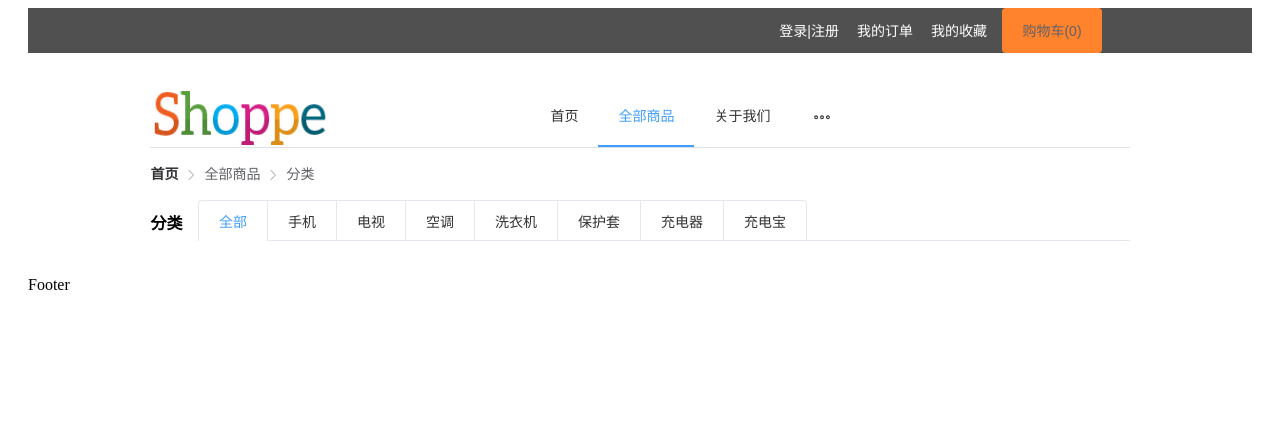
Repository: zhenghaochang/---
Page: /#/allGoods (app in xiaomi/)
An editor plug-in stored every save of this project. The page is shown before and after a run of saves, followed by the edit.
The browser window is 1280 px wide. The pictures show the whole page.
The project was rebuilt for these pictures with package versions that can differ from the ones it lists, and the page was loaded fresh each time. Also part of the build but not shown: xiaomi/vite.config.js.

Above is the page before, as saved 2025-08-01 15:32:57.

### xiaomi/src/main.js
import { createApp } from 'vue';
import ElementPlus from 'element-plus';
import 'element-plus/dist/index.css';
import router from './router/router';
import App from './App.vue';
import * as ElementPlusIconsVue from '@element-plus/icons-vue';
import { createPinia } from 'pinia';
import piniaPluginPersistedstate from 'pinia-plugin-persistedstate'
const app = createApp(App);
const pinia = createPinia();
pinia.use(piniaPluginPersistedstate)
app.use(pinia);
for (const [key, component] of Object.entries(ElementPlusIconsVue)) {
    app.component(key, component);
}
app.use(router);
app.use(ElementPlus);
app.mount('#app');

### xiaomi/src/router/router.js
import {createRouter,createWebHashHistory} from 'vue-router'

let router = createRouter({
    history:createWebHashHistory(),
    routes:[
        {
            path:"/",
            component:()=>import('../components/main.vue'),
            redirect:"/home",
            children:[
                {
                    path:"/home",
                    component:() => import('../view/home.vue')
                },
                {
                    path:"/allGoods",
                    component:() => import('../view/allGoods.vue')
                }
            ]
        }
    ]
})

export default router

### xiaomi/src/App.vue
<script setup>
import Menu from '../src/components/menu.vue'


</script>

<template>
    <div>
        <el-container>
            <el-header class="header"><Menu></Menu></el-header>
            <el-main class="main"><router-view></router-view></el-main>
            <el-footer>Footer</el-footer>
        </el-container>
    </div>
</template>

<style scoped>
.header{
/*     background-color: blue; */
    width:100%
}
/* .main{
    background-color: blue;
    width: 100%;
    display:flex;
    flex-direction: column;
    justify-content: center;
} */
</style>

### xiaomi/src/components/main.vue
<script setup>
import logo from '../assets/img/logo.png'
import { Search } from '@element-plus/icons-vue'
import {useRoute,useRouter} from 'vue-router'

const router = useRouter()
const route = useRoute()

</script>

<template>
    <div class="base_div">
        <!-- 菜单div -->
        <div style="width:80%;margin-bottom:20px">
            <el-menu
                :default-active="route.path"
                class="menu"
                mode="horizontal"
                @select="handleSelect"
                router
            >
                <div>
                    <img style="width:180px;height:60px;margin-right:200px" :src="logo" alt="">
                </div>
                <el-menu-item index="/home">首页</el-menu-item>
                <el-menu-item index="/allGoods">全部商品</el-menu-item>
                <el-menu-item index="/aboutUs">关于我们</el-menu-item>
                <div>
                    <el-input
                        v-model="input3"
                        style="margin-left:200px;width:250px"
                        placeholder="请输入商品名称"
                        class="input-with-select"
                    >
                        <template #append>
                            <el-button :icon="Search" />
                        </template>
                    </el-input>
                </div>
            </el-menu>
        </div>
        <!-- 菜单div END -->
        <!-- 主体div -->
        <div style="width:100%">
            <router-view></router-view>
        </div>
    </div>
</template>

<style scoped>
.base_div{
    width: 100%;
    display:flex;
    flex-direction: column;
    align-items:center;
}
.menu{
    display:flex;
    align-items: center;
}
</style>

### xiaomi/src/view/allGoods.vue
<script setup>
import { ArrowRight } from '@element-plus/icons-vue'
import {ref} from 'vue'


const activeName = ref('0')

</script>

<template>
    <div class="base_div">
        <!-- 面包屑 -->
        <div style="width:80%">
            <el-breadcrumb :separator-icon="ArrowRight">
                <el-breadcrumb-item :to="{ path: '/home' }">首页</el-breadcrumb-item>
                <el-breadcrumb-item>全部商品</el-breadcrumb-item>
                <el-breadcrumb-item>分类</el-breadcrumb-item>
            </el-breadcrumb>
        </div>
        <!-- 面包屑END -->
        <br>
        <!-- 分类标签 -->
        <div style="width:80%;display:flex;">
            <div style="width:50px;height:6vh;display:flex;align-items:center;font-weight:700;">分类</div>
            <el-tabs
                v-model="activeName"
                type="card"
                style="width:100%;display:flex"
                @tab-change="handleClick"
            >
                <el-tab-pane label="全部" name="0"></el-tab-pane>
                <el-tab-pane label="手机" name="1"></el-tab-pane>
                <el-tab-pane label="电视" name="2"></el-tab-pane>
                <el-tab-pane label="空调" name="3"></el-tab-pane>
                <el-tab-pane label="洗衣机" name="4"></el-tab-pane>
                <el-tab-pane label="保护套" name="5"></el-tab-pane>
                <el-tab-pane label="充电器" name="6"></el-tab-pane>
                <el-tab-pane label="充电宝" name="7"></el-tab-pane>
            </el-tabs>
        </div>
        <!-- 分类标签END -->
        <!-- 主体部分 -->
        <div class="main_div">
            <div class="card_div">

            </div>
        </div>
        <!-- 主体部分END -->
    </div>
</template>

<style scoped>
.base_div{
    width: 100%;
    display: flex;
    justify-content: center;

}
.main_div{
    background-color: rgb(245,245,245);
    width:100%;
}
.card_div{
    width: ;
}
</style>

### xiaomi/src/components/menu.vue
<script setup>
import {ref,reactive} from 'vue'
import request from '../request/index'
import { ElMessage } from 'element-plus'
import {useUserStore} from '../store/index'


const store = useUserStore()


const loginVisible = ref(false)
const registVisible = ref(false)

const loginForm = ref({
    username:'',
    password:''
})

const registForm = ref({
    username:'',
    password:'',
    rePassword:'',
    name:''
})

const user = ref({
    id:0,
    username:'',
    name:'',
    numInCart:0,
    token:''
})

const loginFormRef = ref()
const registFormRef = ref()

const validateUsername = (rule,value,callback)=>{
    if(value.length==0){
      callback(new Error("用户名不能为空"))
    }else{
      callback()
    }
  }

  const validatePassword = (rule,value,callback)=>{
    if(value.length<4){
      callback(new Error("密码小于4位"))
    }else{
      callback()
    }
  }

  const validateRePassword = (rule,value,callback)=>{
    if(value.length<4){
      callback(new Error("密码小于4位"))
    }else{
      if(value != registForm.value.password){
        callback(new Error("密码不一致"))
      }else{
        callback()
      }
    }
  }

  const rules = {
    username:[{required:true,message:'用户名不能为空',validator:validateUsername}],
    password:[{required:true,message:'密码必须大于4位',validator:validatePassword}],
    rePassword:[{required:true,validator:validateRePassword}]
  }


async function login(){
    const valid = await loginFormRef.value.validate
    if(valid){
        let {data} = await request.post("/user/login",loginForm.value)
        if(data.code == 200){
            ElMessage.success('登录成功')
            user.value = data.data
            store.changeInfo(user.value)
            loginVisible.value = false
        }else{
            ElMessage.error(data.msg)
        }
    }
}

async function regist(){
    const valid = await registFormRef.value.validate
    if(valid){
        let {data} = await request.post("/user/regist",registForm.value)
        if(data.code == 200){
            ElMessage.success('注册成功')
            registVisible.value = false
            loginVisible.value = true
        }else{
            ElMessage.error(data.msg)
        }
    }
}

</script>

<template>
    <div class="base_div">
        <el-button color="rgb(80,80,80)" @click="loginVisible = true" v-if="store.id==0" link>登录|注册</el-button>
        <div style="display:flex;align-items:center;margin-right:10px" v-else>
            <el-button color="rgb(80,80,80)" link>欢迎{{store.name}}</el-button>
            <el-button color="rgb(80,80,80)" @click="()=>{store.logout(),ElMessage.success('已退出')}" link>退出登录</el-button>
        </div>
        <el-button color="rgb(80,80,80)" link>我的订单</el-button>
        <el-button color="rgb(80,80,80)" link>我的收藏</el-button>
        <el-button  style="background-color:rgb(255,130, 45);margin-right:150px;width:100px"  link>购物车({{store.numInCart}})</el-button>

        <!-- 登录窗口 -->
        <el-dialog v-model="loginVisible"  title="登录" width="300">
            <el-form :model="loginForm" ref="loginFormRef" :rules="rules">
                <el-form-item label="用户名" prop="username" :label-width="70">
                    <el-input v-model="loginForm.username" autocomplete="off" />
                </el-form-item>
                <el-form-item label="密码" prop="password" :label-width="70">
                    <el-input v-model="loginForm.password" autocomplete="off" type="password" show-password />
                </el-form-item>
            </el-form>
            <template #footer>
                <div style="display:flex;justify-content:space-between;align-items:center">
                    <el-button type="warning" @click="registVisible = true">注册</el-button>
                    <div>
                        <el-button @click="loginVisible = false">取消</el-button>
                        <el-button type="primary" @click="login">
                        登录
                        </el-button>
                    </div>

                </div>
            </template>
        </el-dialog>
        <!-- 登录窗口END -->
        <!-- 注册窗口 -->
        <el-dialog v-model="registVisible"  title="注册" width="350">
            <el-form :model="registForm" ref="registFormRef" :rules="rules">
                <el-form-item label="用户名" prop="username" :label-width="80">
                    <el-input v-model="registForm.username" autocomplete="off" />
                </el-form-item>
                <el-form-item label="密码" prop="password" :label-width="80">
                    <el-input v-model="registForm.password" autocomplete="off" type="password" show-password />
                </el-form-item>
                <el-form-item label="确认密码" prop="rePassword" :label-width="80">
                    <el-input v-model="registForm.rePassword" autocomplete="off" type="password" show-password />
                </el-form-item>
                <el-form-item label="姓名"  :label-width="80">
                    <el-input v-model="registForm.name" autocomplete="off"  />
                </el-form-item>
            </el-form>
            <template #footer>
                <div style="">
                    <div>
                        <el-button @click="registVisible = false">取消</el-button>
                        <el-button type="primary" @click="regist">
                        注册
                        </el-button>
                    </div>

                </div>
            </template>
        </el-dialog>
        <!-- 注册窗口END -->
    </div>
</template>

<style scoped>
.base_div{
    background-color:rgb(80,80,80);
    width:100%;
    height:45px;
    display: flex;
    justify-content:flex-end;
}
</style>

### xiaomi/src/request/index.js
import axios from 'axios'


const request = axios.create({
    baseURL:'http://localhost:8080',
    timeout:10000
})









export default request

### xiaomi/src/store/index.js
import {defineStore} from 'pinia'

const user = {
    id:0,
    username:'',
    name:'',
    numInCart:0,
    token:''
}

export const useUserStore = defineStore('userInfo',{
    state:()=>({
        id:0,
        username:'',
        name:'',
        numInCart:0,
        token:''
    }),
    getters:{},
    actions:{
        changeInfo(user){
            this.id = user.id,
            this.username = user.username,
            this.name = user.name,
            this.numInCart = user.numInCart,
            this.token = user.token
        },
        logout(){
            this.id = 0,
            this.username = '',
            this.name = '',
            this.numInCart = 0,
            this.token = ''
        }
    },
    persist: true
}
)

Loaded but not shown: xiaomi/index.html (common file)

After the next 3 saves:
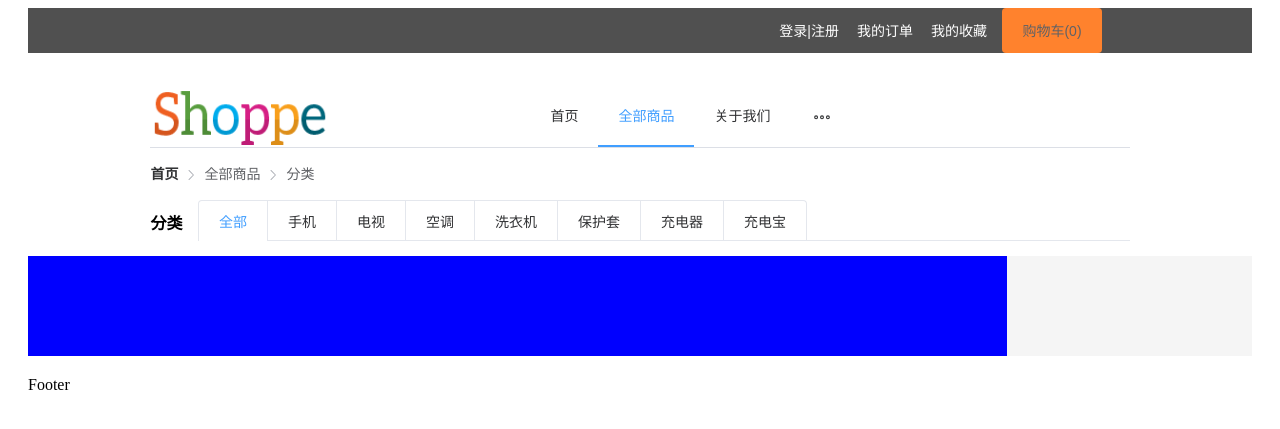
The 3 saves are shown as one change because they came seconds apart.
The last was saved 12 s later.
--- a/xiaomi/src/view/allGoods.vue
+++ b/xiaomi/src/view/allGoods.vue
@@ -61,6 +61,8 @@ const activeName = ref('0')
     width:100%;
 }
 .card_div{
-    width: ;
+    width: 80%;
+    height:100px;
+    background-color: blue;
 }
 </style>
